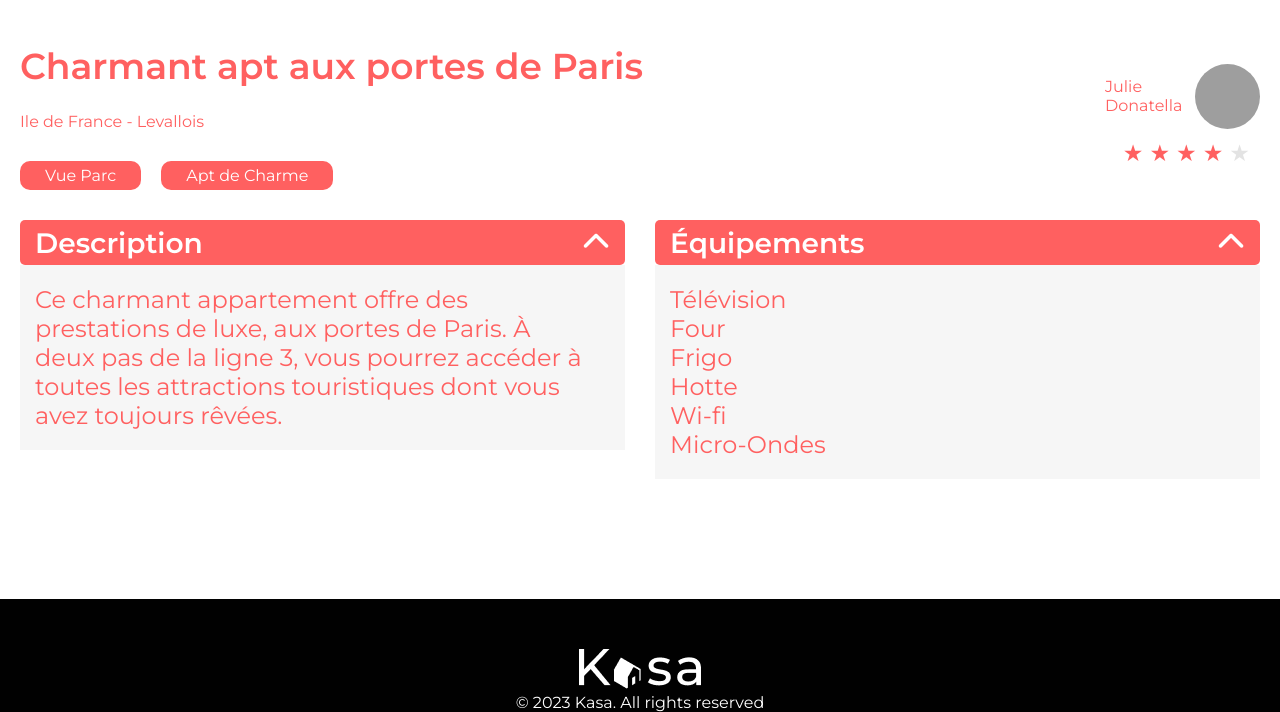
Repository: Ascaris29/Kasa_oc
Page: /logement/1e180563 (app in kasa_project/)
These files come from the project's save history. The page is drawn as it stood at one moment and after the next save; the edit follows.
The browser window is 1280 px wide. The pictures show the part of the page from y = 552 to 1264 px (the page is 1264 px tall).
Pictures or frames that could not be fetched are drawn as grey boxes. Some web libraries are served in a nearby version. The project was rebuilt for these pictures with package versions that can differ from the ones it lists, and the page was loaded fresh each time. Also part of the build but not shown: kasa_project/src/pages/404/404.module.scss, kasa_project/src/pages/404/404.js, kasa_project/src/pages/a_propos/APropos.module.scss, kasa_project/src/pages/a_propos/APropos.js, kasa_project/src/pages/homepage/Homepage.module.scss, kasa_project/src/pages/homepage/components/CardLogement.module.scss, kasa_project/src/pages/homepage/components/CardLogement.js, kasa_project/src/pages/homepage/Homepage.js.

Above is the page before, as saved 2023-03-18 16:35:29.

### kasa_project/public/index.html
<!DOCTYPE html>
<html lang="fr">
  <head>
    <meta charset="utf-8" />
    <link rel="icon" href="%PUBLIC_URL%/favicon.ico" />
    <meta name="viewport" content="width=device-width, initial-scale=1" />
    <meta name="theme-color" content="#000000" />
    <meta
      name="description"
      content="Web site created using create-react-app"
    />
    <link rel="apple-touch-icon" href="%PUBLIC_URL%/logo192.png" />
    <!--
      manifest.json provides metadata used when your web app is installed on a
      user's mobile device or desktop. See https://developers.google.com/web/fundamentals/web-app-manifest/
    -->

    <!----------------------------------------------------------- Fonts ----------------------------------------------------------------------->
    <link rel="preconnect" href="https://fonts.googleapis.com">
    <link rel="preconnect" href="https://fonts.gstatic.com" crossorigin>
    <link href="https://fonts.googleapis.com/css2?family=Montserrat:wght@400;500;600&family=Roboto&display=swap" rel="stylesheet">
    <!----------------------------------------------------------- Icons ----------------------------------------------------------------------->
    <script src="https://kit.fontawesome.com/e65359aae8.js" crossorigin="anonymous"></script>
    <!--
      Notice the use of %PUBLIC_URL% in the tags above.
      It will be replaced with the URL of the `public` folder during the build.
      Only files inside the `public` folder can be referenced from the HTML.

      Unlike "/favicon.ico" or "favicon.ico", "%PUBLIC_URL%/favicon.ico" will
      work correctly both with client-side routing and a non-root public URL.
      Learn how to configure a non-root public URL by running `npm run build`.
    -->
    <title>Kasa</title>
  </head>
  <body>
    <noscript>You need to enable JavaScript to run this app.</noscript>
    <div id="root"></div>
    <!--
      This HTML file is a template.
      If you open it directly in the browser, you will see an empty page.

      You can add webfonts, meta tags, or analytics to this file.
      The build step will place the bundled scripts into the <body> tag.

      To begin the development, run `npm start` or `yarn start`.
      To create a production bundle, use `npm run build` or `yarn build`.
    -->
  </body>
</html>

### kasa_project/src/index.js
import React from 'react';
import ReactDOM from 'react-dom/client';
import reportWebVitals from './reportWebVitals';
import './assets/styles/index.scss';
import { RouterProvider } from 'react-router-dom';
import { router } from "./router";

const root = ReactDOM.createRoot(document.getElementById('root'));
root.render(
  <React.StrictMode>
    <RouterProvider router={router} />
  </React.StrictMode>
);

// If you want to start measuring performance in your app, pass a function
// to log results (for example: reportWebVitals(console.log))
// or send to an analytics endpoint. Learn more: https://bit.ly/CRA-vitals
reportWebVitals();

### kasa_project/src/assets/styles/index.scss
@use './base';
@use './flex';
@use './mixins';
@use './utils';
@use './variables';

### kasa_project/src/router.js
import { createBrowserRouter } from 'react-router-dom';
import App from './App';
import Error404 from './pages/404/404';
import APropos from './pages/a_propos/APropos';
import Homepage from './pages/homepage/Homepage';
import FicheLogement from './pages/logement/FicheLogement';



export const router = createBrowserRouter([
    {
        path : "/",
        element : <App />,
        errorElement: <Error404 />,
        children : [
            {
                path : "/",
                element : <Homepage />
            } ,
            {
                path : "/homepage",
                element : <Homepage />
            },
            {
                path: "/apropos",
                element : <APropos />
            },
            {
                path: "/logement/:idUrl",
                element : <FicheLogement />
            },
        ],
    }
])

### kasa_project/src/assets/styles/_base.scss

*{
    box-sizing: border-box;
}

body{
    margin:0;
    padding:0;
    font-family: var(--montserrat);

}

p{
    margin:0;
}

li{
    list-style-type: none;

}

.link{
    color:var(--primary);
    font-size:18px;
}

.active{
    text-decoration:underline !important;
}
.list{
    display:none
}

### kasa_project/src/assets/styles/_flex.scss
.d-flex{
    display: flex;
}

.flex-column{
    flex-direction : column;
}

.flex-row{
    flex-direction: row;
}

.justify-center{
    justify-content: center;
}

.align-center{
    align-items: center;
}

.flex-fill{
    flex : 1 1 auto;
}

.justify-between{
    justify-content: space-between;
}

### kasa_project/src/assets/styles/_mixins.scss
@mixin xs{
    @media (max-width:576px){
        @content;
    }
}

@mixin sm{
    @media (min-width : 577px) and (max-width : 768px){
        @content;
    }
}

@mixin sm-lt{
    @media (max-width : 768px){
        @content;
    }
}

@mixin md{
    @media (min-width : 769px) and (max-width : 992px){
        @content;
    }
}

@mixin md-lt{
    @media (max-width : 992px){
        @content;
    }
}

@mixin lg{
    @media (min-width : 993px) and (max-width : 1200px){
        @content;
    }
}

@mixin lg-lt{
    @media (max-width : 1200px){
        @content;
    }
}

@mixin xl{
    @media (min-width : 1201px){
        @content;
    }
}

### kasa_project/src/assets/styles/_utils.scss
/*------------------------------------ General ------------------------------*/
.container{
    max-width:1200px;
    margin: auto;
    width:100%;
}
.card{

}
.calc{
    position:fixed;
    top:0;
    left:0;
    width:100%;
    height:100vh;
}

/*------------------------------------ Padding ------------------------------*/
.p-5{
    padding: 5px;
}
.p-10{
    padding:10px;
}
.p-20{
   padding:20px;
}
.p-30{
    padding:30px;
}
.p-40{
    padding:40px;
}
.p-50{
    padding:50px;
}

.p-b-5{
   padding-bottom: 5px;
}
.p-b-10{
   padding-bottom: 10px;
}
.p-b-20{
    padding-bottom: 20px;
}
.p-b-30{
    padding-bottom: 30px;
}
.p-b-40{
    padding-bottom: 40px;
}
.p-b-50{
    padding-bottom: 50px;
}


.p-t-5{
    padding-top: 5px;
}
.p-t-10{
    padding-top: 10px;
}
.p-t-20{
     padding-top: 20px;
}
.p-t-30{
     padding-top: 30px;
}
.p-t-40{
    padding-top: 40px;
}
.p-t-50{
    padding-top: 50px;
}


.p-l-5{
    padding-left: 5px;
}
.p-l-10{
    padding-left: 10px;
}
.p-l-20{
     padding-left: 20px;
}
.p-l-30{
     padding-left: 30px;
}
.p-l-40{
    padding-left: 40px;
}
.p-l-50{
    padding-left: 50px;
}



.p-r-5{
    padding-right: 5px;
}
.p-r-10{
    padding-right: 10px;
}
.p-r-20{
     padding-right: 20px;
}
.p-r-30{
     padding-right: 30px;
}
.p-r-40{
    padding-right: 40px;
}
.p-r-50{
    padding-right: 50px;
}


/*------------------------------------------------ Margin -------------------------------------------*/

.m-auto{
    margin:auto;
}
.m-5{
    margin: 5px;
}
.m-10{
    margin:10px;
}
.m-20{
   margin:20px;
}
.m-30{
    margin:30px;
}
.m-40{
    margin:40px;
}
.m-50{
    margin:50px;
}



.m-b-5{
    margin-bottom: 5px;
}
.m-b-10{
    margin-bottom: 10px;
}
.m-b-20{
    margin-bottom: 20px;
}
.m-b-30{
    margin-bottom: 30px;
}
.m-b-40{
    margin-bottom: 40px;
}
.m-b-50{
    margin-bottom: 50px;
}



.m-t-5{
    margin-top: 5px;
}
.m-t-10{
    margin-top: 10px;
}
.m-t-20{
     margin-top: 20px;
}
.m-t-30{
     margin-top: 30px;
}
.m-t-40{
    margin-top: 40px;
}
.m-t-50{
    margin-top: 50px;
}




.m-l-5{
    margin-left: 5px;
}
.m-l-10{
    margin-left: 10px;
}
.m-l-20{
     margin-left: 20px;
}
.m-l-30{
     margin-left: 30px;
}
.m-l-40{
    margin-left: 40px;
}
.m-l-50{
    margin-left: 50px;
}




.m-r-5{
    margin-right: 5px;
}
.m-r-10{
    margin-right: 10px;
}
.m-r-20{
     margin-right: 20px;
}
.m-r-30{
     margin-right: 30px;
}
.m-r-40{
    margin-right: 40px;
}
.m-r-50{
    margin-right: 50px;
}

### kasa_project/src/assets/styles/_variables.scss

/*----------------------------------------------------------------------------Color-----------------------------------------------------------------*/

:root{
    --primary: #FF6060;
    --grey1:#F6F6F6;
    --grey2: #E3E3E3;
    --grey3:#C4C4C4;
    --black: #010101;
    /*----------------------------------------------------------------------------Font-----------------------------------------------------------------*/
    --montserrat : 'Montserrat', sans-serif;
    --radius:25px;
}

### kasa_project/src/App.js
import Header from "./components/header/Header";
import Footer from "./components/footer/Footer";
import style from "./App.module.scss";
import { Outlet } from "react-router-dom";

function App() {
  return (
      <div className={`${style.app} d-flex flex-column`}>
        <Header />
          <Outlet />
        <Footer />
      </div>
  );
}

export default App;

### kasa_project/src/components/header/Header.js
import image from "../../assets/images/logo_header.png";
import style from "./Header.module.scss";
import { Link, NavLink } from "react-router-dom";

export default function Header(){
    return (
        <header className={`${style.header} d-flex justify-between align-center`}>
            <Link className={`${style.headerIcon}`} to="/homepage">
                <img src={image} alt="logo du site Kasa representant une maison"/>
            </Link>
            <div className={`${style.headerNav}`}>
                <ul className="d-flex">
                    <NavLink
                    className={`${style.headerItems} m-r-30`}
                    to="/homepage"
                    end
                    >
                    Accueil
                    </NavLink>
                    <NavLink
                    className={`${style.headerItems}`}
                    to="/apropos"
                    >
                    A Propos
                    </NavLink>
                </ul>
            </div>
        </header>
    )
}

### kasa_project/src/components/footer/Footer.js
import style from "./Footer.module.scss";
import image from "../../assets/images/logo_footer.png";

export default function Footer(){
    return (
        <footer className={`${style.footer} d-flex p-t-50 flex-column justify-center align-center`}>
            <div className={`${style.footerLogo} `}>
                <img src={image} alt="" />
            </div>
            <div className="footerText">
                <p>© 2023 Kasa. All rights reserved</p>
            </div>
        </footer>
    )
}

### kasa_project/src/App.module.scss
.app{
    min-height:100vh;
}

### kasa_project/src/pages/a_propos/components/carddescription/CardDescription.js
import style from "./CardDescription.module.scss";
import { useState } from "react";

export default function CardDescription({title, text, classNameCard}){

    const [isHidden, setIsHidden] = useState(false);

    function handleShowCardHidden(){
        setIsHidden(!isHidden);
    }

    return (
            <div className={`${style.cardDescriptionCard} ${classNameCard}`}>
                <h3 className={`${style.cardDescriptionTitle}`} onClick={handleShowCardHidden}>{title}<i className={ isHidden ? `${style.cardDescriptionIcon} fa-solid fa-chevron-down` : " fa-solid fa-chevron-up"} onClick={handleShowCardHidden}></i></h3>
                <div className={isHidden ? `${style.cardDescriptionHidden}` :`${style.cardDescriptionShow}`}>{text}</div>
            </div>
    )
}

### kasa_project/src/pages/logement/FicheLogement.module.scss
@use "../../assets/styles/mixins" as mixin;


.fichelogement{
    max-width:1240px;
    margin:auto;
    padding-top:30px;
    padding-bottom:100px;
    color:var(--primary);
    @include mixin.lg-lt{
        margin:20px;
    }
    .fichelogementBackground{
        width:100%;
        height:400px;
        max-width:100%;
        border-radius:var(--radius);
        position:relative;
        @include mixin.xs{
            height:300px;
        }
    }
    .fichelogementContent{
        margin-top:20px;
        display:flex;
        flex-direction:column;

        .fichelogementDescription{
            display: flex;
            flex-direction: row;
            align-items:center;
            justify-content: space-between;
            @include mixin.lg-lt{
                flex-direction: column;
                align-items:start;
                justify-content: space-between;
            }
            .fichelogementTitle{
                font-size:36px;
            }

            .fichelogementTags{
                margin-top:30px;
                display:flex;
                flex-direction:row;
                @include mixin.xs{
                    flex-direction: column;
                    gap:20px;

                }
            }
        }

        .fichelogementEnTete{
            display:flex;
            flex-direction:column;
            align-items:center;
            margin-top:20px;
            @include mixin.lg-lt{
                flex-direction: row-reverse;
                align-items:center;
                justify-content: space-between;
                width:100%;
            }
            .fichelogementPhotoIdentite{
                width:65px;
                height:65px;
                border-radius:50%;
                object-fit:cover;
                img{
                    width:100%;
                    height:100%;
                }
            }
            .fichelogementStars{
                padding-right:10px;
                font-size:18px;
                margin-top:10px;
                margin-left:auto;
                @include mixin.lg-lt{
                    margin:0;
                }
            }
            .fichelogementIdentity{
                p{
                    width:90px;
                }
                @include mixin.lg-lt{
                    flex-direction: row;
                }
            }
        }
    }
    .fichelogementBlocs{
        display:flex;
        gap:30px;
        padding-top:30px;
        @include mixin.md-lt{
            flex-direction:column;
        }
        .fichelogementCard{
            width: calc(100%/2);
            @include mixin.md-lt{
                width:100%;
            }
        }
    }
}

### kasa_project/src/pages/logement/components/tags/Tags.js
import style from "./Tags.module.scss";


export default function Tags({text}){
    return (
        <p className={`${style.Tags} d-flex`}>
           {text}
        </p>
    )
}

### kasa_project/src/pages/logement/components/caroussel/Caroussel.js
import { useState } from "react";
import style from "./Caroussel.module.scss";


export default function Caroussel({img}){

    //importer les images de l'api
    const arrayImage = img;

    const [index, setIndex] = useState(0);
    const arraySize = arrayImage.length;
    const indexShow = index + 1 ;

    //console.log(arrayImage);
    function handleClickCarousselPrev(){
        if(index > 0 && index < arrayImage.length){
            let i = index - 1;
            setIndex(i);
        }else{
            setIndex(arrayImage.length -1);
        }
    }

    function handleClickCarousselAfter(){
        if(index < arrayImage.length -1 ){
            let i = index + 1;
            setIndex(i);
        }else{
            setIndex(0);
        }
    }
    return (
        <>
            { arrayImage.map((item, i) => i === index && (
                <img src={item} alt="" className={`${style.carousselImage}`} key={item}/>
            )
            )}
            <p className={`${style.indexShow}`}>{`${indexShow} / ${arraySize}`}</p>
            <i className={`${style.chevronLeft} fa-solid fa-chevron-left`} onClick={handleClickCarousselPrev}></i>
            <i className={`${style.chevronRight} fa-solid fa-chevron-right`} onClick={handleClickCarousselAfter}></i>
        </>
    )



}

### kasa_project/src/pages/logement/components/Ratings/Ratings.js
import style from "./Ratings.module.scss";

export default function Ratings({note}){
    switch(note){
        case ("1") :
        return (
                <p className={`${style.fichelogementStars}`}><span className={`${style.starsColored}`}>★</span> ★ ★ ★ ★</p>
            )
            ;
        case("2") :
            return (
                <p className={`${style.fichelogementStars}`}><span className={`${style.starsColored}`}> ★ ★ </span> ★ ★ ★</p>
            )
        case ("3") :
                return (
                    <div>
                        <p className={`${style.fichelogementStars}`}><span className={`${style.starsColored}`}>★ ★ ★ </span> ★ ★</p>
                    </div>

                )
        case ("4") :
                return (
                    <p className={`${style.fichelogementStars}`}><span className={`${style.starsColored}`}>★ ★ ★ ★</span> ★ </p>
                )
        case ("5") :
                return (
                    <div>
                        <p className={`${style.fichelogementStars}`}><span className={`${style.starsColored}`}>★ ★ ★ ★ ★ </span></p>
                    </div>
                )
        default :
            return null
    }
}

### kasa_project/src/components/header/Header.module.scss
@use "../../assets/styles/mixins" as mixin;

.header{
    max-width:1240px;
    margin:auto;
    width:100%;
    padding:50px 30px 0 30px;
    .headerIcon{
        img{
            width:210px;
            height:68px;
            @include mixin.sm-lt{
                width:145px;
                height:47px;
            }
            @include mixin.xs{
                width:99px;
                height:35px;
            }
        }
    }

}
/*sorti de la classe header car sinon je ne peux pas mettre de classe active dessus*/
.headerItems{
    color:var(--primary);
    text-decoration:none;
    cursor:pointer;
    font-size:24px;
    @include mixin.sm-lt{
        font-size:20px;
    }
    @include mixin.xs{
        font-size:15px;
    }
}

### kasa_project/src/components/footer/Footer.module.scss
.footer{
    background-color:var(--black);
    color:white;
    .footerLogo{
        img{
            width:122px;
            height:40px;
        }
    }
}

### kasa_project/src/pages/a_propos/components/carddescription/CardDescription.module.scss
@use "../../../../assets/styles/mixins" as mixin;

        .cardDescriptionCard{
            padding-bottom:20px;
            border-radius:5px;
            font-size:24px;
            gap:20px;
            transition: 2s display;
            .cardDescriptionTitle{
                background-color:var(--primary);
                height:45px;
                display:flex;
                align-items:center;
                padding: 0 15px;
                color:white;
                justify-content: space-between;
                border-radius:5px;
                margin:0;
                cursor:pointer;
            }
            .cardDescriptionHidden{
                display:none;
                padding: 20px 30px 20px 15px;
            }
            .cardDescriptionShow{
                padding: 20px 30px 20px 15px;
                display:block;
                color:var(--primary);
                background-color:var(--grey1);
            }
            .cardDescriptionIcon{
                cursor:pointer;
            }

        }

### kasa_project/src/pages/logement/components/tags/Tags.module.scss
.Tags{
    background-color:var(--primary);
    color:white;
    margin-right:20px;
    padding:5px 25px;
    border-radius: 10px;
}

### kasa_project/src/pages/logement/components/caroussel/Caroussel.module.scss
@use "../../../../assets/styles/mixins" as mixin;

    .carousselImage{
        width:100%;
        height:100%;
        object-fit:cover;
        display:block;
        border-radius:var(--radius);
        position:absolute;
    }
    .chevronLeft{
        position:absolute;
        top:50%;
        left:0;
        font-size:50px;
        color:white;
        transform:translate(0%, -50%);
        margin-left:15px;
        cursor:pointer;
    }
    .chevronRight{
        position:absolute;
        top:50%;
        right:0;
        font-size:50px;
        color:white;
        transform:translate(0%, -50%);
        margin-right:15px;
        cursor:pointer;
    }
    .indexShow{
        position:absolute;
        color:white;
        bottom:0;
        left:50%;
        font-weight:600;
        margin-bottom:10px;
    }

### kasa_project/src/pages/logement/components/Ratings/Ratings.module.scss
@use "../../../../assets/styles/mixins" as mixin;

.fichelogementStars{
    padding-right:10px;
    font-size:23px;
    margin-top:10px;
    margin-left:auto;
    color:var(--grey2);
    @include mixin.lg-lt{
        margin:0;
    }
    .starsColored{
        color:var(--primary);
    }
}

Loaded but not shown: kasa_project/src/reportWebVitals.js (common file); kasa_project/src/data/Data.js (620 lines, source omitted); kasa_project/src/pages/logement/FicheLogement.js (53 lines, source omitted)

After the next save:
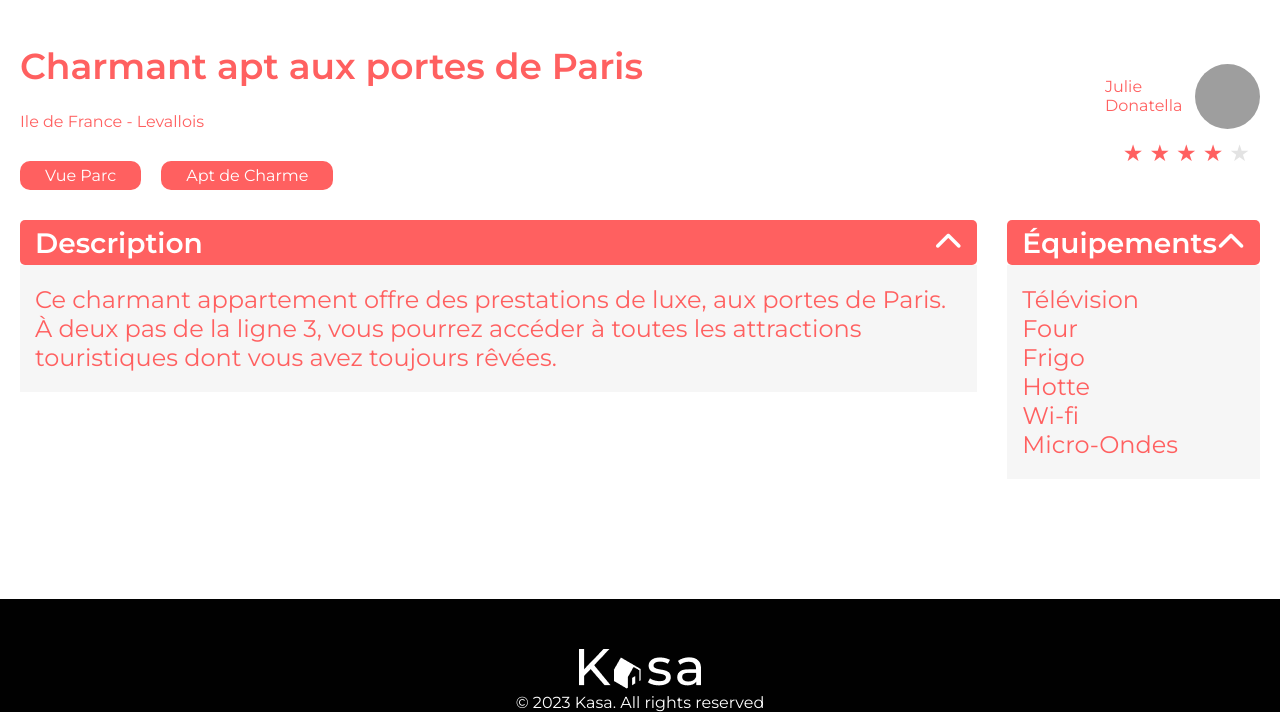
Saved 5 min 48 s later.
--- a/kasa_project/src/pages/logement/FicheLogement.module.scss
+++ b/kasa_project/src/pages/logement/FicheLogement.module.scss
@@ -99,7 +99,7 @@
             flex-direction:column;
         }
         .fichelogementCard{
-            width: calc(100%/2);
+            // width: calc(100%/2);
             @include mixin.md-lt{
                 width:100%;
             }

After the save that followed:
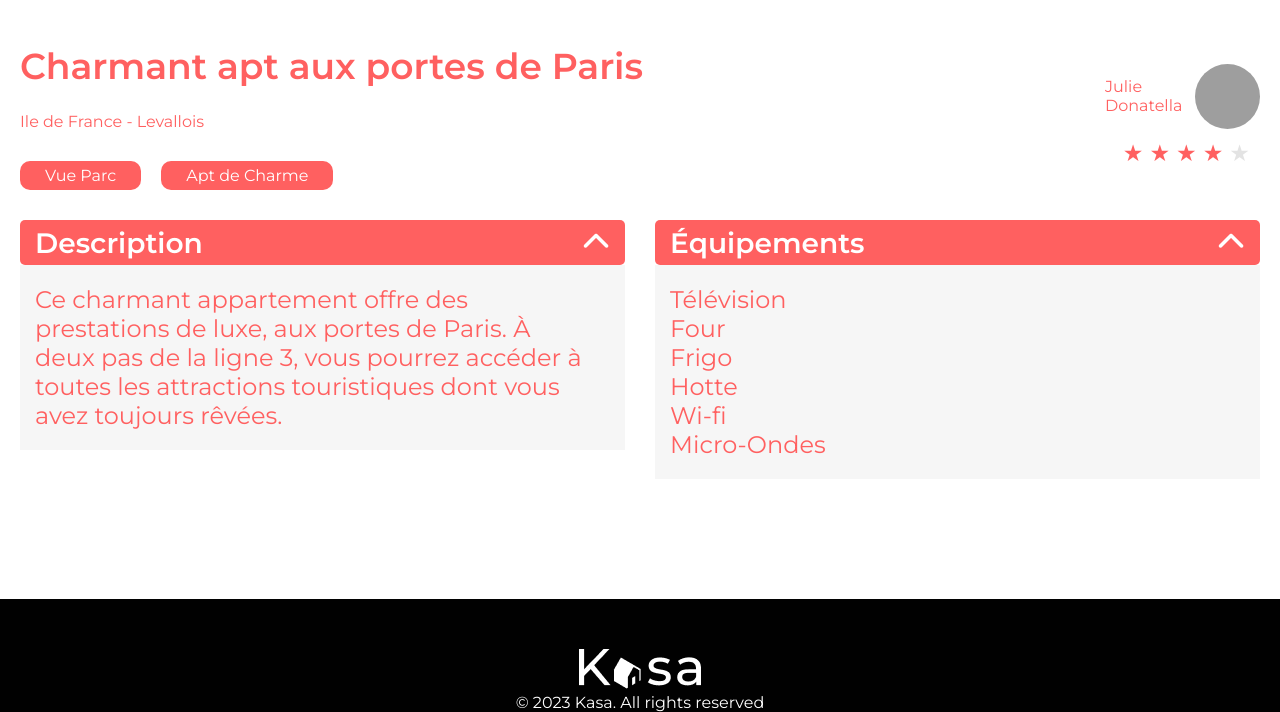
Saved 17 s later.
--- a/kasa_project/src/pages/logement/FicheLogement.module.scss
+++ b/kasa_project/src/pages/logement/FicheLogement.module.scss
@@ -99,7 +99,7 @@
             flex-direction:column;
         }
         .fichelogementCard{
-            // width: calc(100%/2);
+            width: calc(100%/2);
             @include mixin.md-lt{
                 width:100%;
             }
